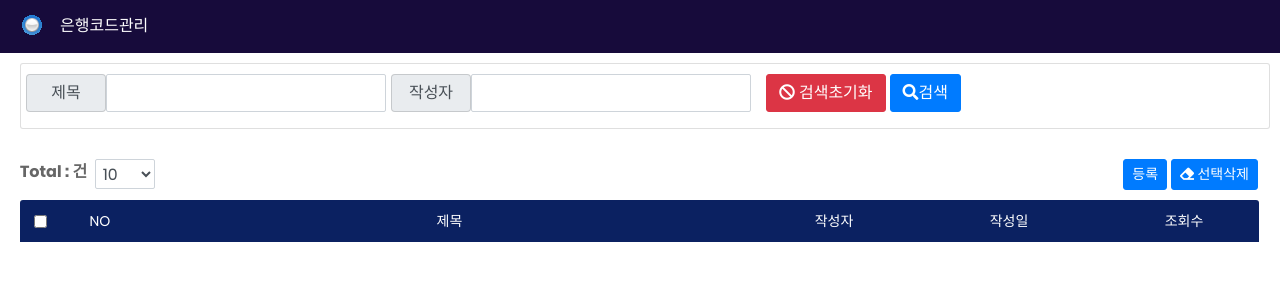
Repository: kimnamgu/GangNamGu
Page: http://localhost/manpower/WEB-INF/jsp/daejang/income.jsp
The author's editor kept a copy of each file at every save. The page is drawn from the files as they stood at one save, then again after the next save.
The browser window is 1280 px wide. The pictures show the whole page.
The page is served by Tomcat 9. Nobody is signed in. Other server files are loaded and not shown. The template is opened directly, without the code that normally fills it, so the values that code supplies are empty.

Above is the page before, as saved 2020-11-04 02:19:42.
Console error: TypeError: Cannot read properties of undefined (reading 'replace')

### manpower/src/main/webapp/WEB-INF/jsp/daejang/income.jsp
<%@ page language="java" contentType="text/html; charset=UTF-8"	pageEncoding="UTF-8"%>
<html>
<head>
<%@ include file="/WEB-INF/include/include-header.jspf"%>


<script type="text/javascript">
	var user_right = "${sessionScope.userinfo.userright}";

	$(document).ready(function() {

		//from
		$("#FROM_DATE").datepicker({

			dateFormat: 'yy-mm-dd',
			monthNamesShort: ['1월','2월','3월','4월','5월','6월','7월','8월','9월','10월','11월','12월'],
		    dayNamesMin: ['일','월','화','수','목','금','토'],
			changeMonth: true, //월변경가능
		    changeYear: true, //년변경가능
			showMonthAfterYear: true //년 뒤에 월 표시
		});

		//to
		$("#TO_DATE").datepicker({

			dateFormat: 'yy-mm-dd',
			monthNamesShort: ['1월','2월','3월','4월','5월','6월','7월','8월','9월','10월','11월','12월'],
		    dayNamesMin: ['일','월','화','수','목','금','토'],
			changeMonth: true, //월변경가능
		    changeYear: true, //년변경가능
			showMonthAfterYear: true //년 뒤에 월 표시
		});

		//검색초기화
		fn_initial_setting();

		fn_selectDomesticContactList(1);

		$("#NAME").keydown(function (key) {

			if(key.keyCode == 13){//키가 13이면 실행 (엔터는 13)
				$("#PAGE_INDEX").val("1");
				fn_selectDomesticContactList(1);
			}
		});

		$("#search").on("click", function(e){ //검색 버튼
			e.preventDefault();
			fn_selectDomesticContactList(1);
		});

		$("#DISP_CNT").change(function(){
			$("#RECORD_COUNT").val($("#DISP_CNT option:selected").val());
			fn_selectDomesticContactList(1);
		});

		$("#initial").on("click", function(e){ //초기화 버튼
			e.preventDefault();
			$("#form1").each(function() {
				fn_initial_setting();
		    });
		});

		//전체 선택시
		$('input[name=_selected_all_]').on('change', function(){
			$('input[name=_selected_]').prop('checked', this.checked);
		});


		$("#delete").on("click", function(e){ //초기화 버튼
			e.preventDefault();
			delChkRow();
		});


	});

	function fromDate_icon(){
		//from
		$("#FROM_DATE").focus();

	}

	function toDate_icon(){
		//to
		$("#TO_DATE").focus();
	}


	//선택 로우 삭제
    function delChkRow() {

    	var arr = $('input[name=_selected_]:checked').serializeArray().map(function(item) { return item.value });

		var checkedValue = [];
		$('input[name=_selected_]:checked').each(function(index, item){
			checkedValue.push($(item).val());
		});


		if (arr.length ==0 ) {
			alert("선택된 로우가 없습니다.");
			return false;
		}

		if (confirm("선택 항목을 삭제 하시겠습니까?")) {

			//견적서 파일 삭제

			$.ajax({
		        type: "post",
		        url : "/corona/manage/deleteDomesticChk.do",
		        data: {
		        	val:checkedValue
		        },
		        contentType : "application/x-www-form-urlencoded; charset=utf-8",

		        success:function (data) {//추천성공
		        	alert("삭제가 완료되었습니다.");
		        	fn_selectDomesticContactList(1);
	            },

		        error: function (data) {//추천실패
		        	alert("삭제가 실패 하였습니다.관리자에게 문의 바랍니다.");
	            }
	     	});

		}
	}

	//수정화면가기
	function fn_updateDomestic(UID) {
		var comSubmit = new ComSubmit();

		comSubmit.setUrl("<c:url value='/write/updateDomesticView.do' />");
		comSubmit.addParam("ID", UID);
		comSubmit.submit();
	}


	//검색초기화
	function fn_initial_setting(){
		//From의 초기값을 오늘 날짜로 설정
	    $('#FROM_DATE').datepicker('setDate', '-1M'); //(-1D:하루전, -1M:한달전, -1Y:일년전), (+1D:하루후, -1M:한달후, -1Y:일년후)
	    //To의 초기값을 내일로 설정
	    $('#TO_DATE').datepicker('setDate', 'today'); //(-1D:하루전, -1M:한달전, -1Y:일년전), (+1D:하루후, -1M:한달후, -1Y:일년후)

	    $("#RECORD_COUNT").val($("#DISP_CNT option:selected").val());
		$("#PAGE_INDEX").val("1");

		$("#NAME").val("");
	}


	function fn_selectDomesticContactList(pageNo){
		var comAjax = new ComAjax();
		comAjax.setUrl("<c:url value='/manage/selectDomesticContactList.do' />");
		comAjax.addParam("PAGE_INDEX",pageNo);
		comAjax.addParam("PAGE_ROW", $("#RECORD_COUNT").val());
		comAjax.addParam("name", $("#NAME").val());

		comAjax.addParam("from_date", $("#FROM_DATE").val().replace(/-/gi, ""));
		comAjax.addParam("to_date", $("#TO_DATE").val().replace(/-/gi, ""));
		comAjax.setCallback("fn_selectDomesticContactListCallback");

		comAjax.ajax();
	}


	function fn_selectDomesticContactListCallback(data){
		var total = data.total;
		var body = $("#mytable");
		var recordcnt = $("#RECORD_COUNT").val();


		$("#tcnt").text(comma(total));

		body.empty();
		if(total == 0){
			var str = "<tr>" +
				  "<td colspan='32' style='text-align:center;'>조회된 결과가 없습니다.</td>" +
				  "</tr>";
			body.append(str);
		}
		else{
			var params = {
				divId : "PAGE_NAVI",
				pageIndex : "PAGE_INDEX",
				totalCount : total,
				recordCount : recordcnt,
				eventName : "fn_selectDomesticContactList"
			};
			gfn_renderPaging(params);

			var str = "";
			var t_str = "";
			var tr_class = "";
			var jsonData = null;
			var jsonStr = null;

			$.each(data.list, function(key, value){
				       t_str = "";

				       if ((value.RNUM % 2) == 0 )
							tr_class = "tr1";
					   else
							tr_class = "tr2";


				       str += "<tr class='" + tr_class + "'>" +
				       			   "<td><input type='checkbox' name='_selected_' value='"+value.ID+"'></td>" +
								   "<td align='center' style='color:#444444;'>" + value.RNUM + "</td>" +
								   "<td width=90 align='center' style='color:#444444;word-break:break-all;'><span class='status--denied'>" + formatDate(NvlStr(value.WRITE_DATE), ".") + "</span></td>" +
								   "<td align='center' style='color:#444444;'>" + hp_format(NvlStr(value.CELL_NUM)) + "</td>" +
								   "<td align='center' style='color:blue;'>" +
								   "	<a href='javascript:void(0);' onclick='fn_updateDomestic("+ value.ID +")' name='NAME'>" + NvlStr(value.NAME) + "</a>"+
								   "</td>" +
								   "<td align='center' style='color:#444444;'>" + NvlStr(value.SEX) + "</td>" +
								   "<td align='center' style='color:#444444;'>" + NvlStr(value.BIRTH) + "</td>" +
								   "<td align='center' style='color:#444444;'>" + NvlStr(value.JOB) + "</td>" +
								   "<td align='center' style='color:#444444;'>" + NvlStr(value.SELF_ISO_AREA_DONG) + "</td>" +
								   "<td align='center' style='color:#444444;'>" + NvlStr(value.SELF_ISO_AREA_ADDRESS) + "</td>" +
								   "<td align='center' style='color:#444444;'>" + NvlStr(value.SELF_ISO_AREA_ADDRESS_DTL) + "</td>" +
								   "<td align='center' style='color:#444444;'>" + NvlStr(value.PATIENT_NUM) + "</td>" +
								   "<td align='center' style='color:#444444;'>" + NvlStr(value.PATIENT_NAME) + "</td>" +
								   "<td align='center' style='color:#444444;'>" + NvlStr(value.CONTACT_NUM) + "</td>" +
								   "<td align='center' style='color:#444444;'>" + NvlStr(value.CONTACT_NAME) + "</td>" +
								   "<td align='center' style='color:#444444;'>" + NvlStr(value.FINAL_CONTACT) + "</td>" +
								   "<td align='center' style='color:#444444;'>" + NvlStr(value.MONITOR_START) + "</td>" +
								   "<td align='center' style='color:#444444;'>" + NvlStr(value.MONITOR_END) + "</td>" +
								   "<td align='center' style='color:#444444;'>" + NvlStr(value.CONTACT_ADDRESS) + "</td>" +
								   "<td align='center' style='color:#444444;'>" + NvlStr(value.CONTACT_TYPE) + "</td>" +
								   "<td align='center' style='color:#444444;'>" + NvlStr(value.CONTACT_GUBUN) + "</td>" +
								   "<td align='center' style='color:#444444;'>" + NvlStr(value.PATIENT_YN) + "</td>" +
								   "<td align='center' style='color:#444444;'>" + NvlStr(value.BALGUB_YN) + "</td>" +
								   "<td align='center' style='color:#444444;'>" + NvlStr(value.DAMDANG_DEPART) + "</td>" +
								   "<td align='center' style='color:#444444;'>" + NvlStr(value.DAMDANG_CLASS) + "</td>" +
								   "<td align='center' style='color:#444444;'>" + NvlStr(value.DAMDANG_POSITION) + "</td>" +
								   "<td align='center' style='color:#444444;'>" + NvlStr(value.DAMDANG_NAME) + "</td>" +
								   "<td align='center' style='color:#444444;'>" + NvlStr(value.DAMDANG_CALL) + "</td>" +
							   "</tr>";

			});
			body.append(str);
		}
	}


	//엑셀 업로드
	function check() {
		var file = $("#excelFile").val();

		if (file == "" || file == null) {
			alert("파일을 선택해주세요.");
			return false;
		} else if (!checkFileType(file)) {
			alert("엑셀 파일만 업로드 가능합니다.");
			return false;
		}

		if (confirm("업로드시 병합된 셀이 있으면 해제해 주셔야 합니다.\n업로드 하시겠습니까?")) {

			var options = {
				success : function(data) {
					if(data.resultMap.rtn == 1){
						alert("모든 데이터가 업로드 되었습니다.");
						fn_selectDomesticContactList(1);
					}else{
						alert(data.resultMap.err_msg+"\n\n" + data.resultMap.err_msg_dtl);
					}

				},
				type : "POST"
			};

			$("#excelUploadForm").ajaxSubmit(options);

		}
	}

	//엑셀 형식인지 확인
	function checkFileType(filePath) {
		var fileFormat = filePath.split(".");

		if (fileFormat.indexOf("xls") > -1 || fileFormat.indexOf("xlsx") > -1) {
			return true;
		} else {
			return false;
		}
	}

	//샘플다운로드
	function fn_sampleDownload(gubun){
		var comSubmit = new ComSubmit();
		comSubmit.setUrl("<c:url value='/common/downloadSampleFile.do' />");
		comSubmit.addParam("gubun", gubun);
		comSubmit.submit();
	}

	//엑셀 다운로드
	function doExcelDownloadProcess(mappingValue){
		alert("다운로드 되는 엑셀은 조회조건에 영향을 받습니다.");

		$("input[name=name]", "form[name=excelDown]").val($("#NAME").val());
		$("input[name=from_date]", "form[name=excelDown]").val($("#FROM_DATE").val().replace(/-/gi, ""));
		$("input[name=to_date]", "form[name=excelDown]").val($("#TO_DATE").val().replace(/-/gi, ""));

	    var f = document.excelDown;
	    f.action = mappingValue;
	    f.submit();
	}
</script>
</head>

<body>

<form id="form1" name="form1">
<input type="hidden" id="USER_ID" name="USER_ID" value="${sessionScope.userinfo.userId}">
<c:set var="u_rt" value="${sessionScope.userinfo.userright}"/>


<div style="background-color:#170B3B;color:white; margin-bottom:10px; width: 100%;">
	<a href="#this" class="btn" id="logout">
		<img src="/manpower/images/popup_title.gif" align="absmiddle">
	</a>은행코드관리
</div>



<div style="width:100%;padding-left:20px;padding-right:10px;">
	<div class="card" style="width:100%;display: inline-block;padding-top:10px;">
		<form action="" method="post">
			<div class="card-body card-block">
				<div>
					<div class="form-group" style="width: 360;float:left;margin-left:5px;">
						<div class="input-group">
							<div class="input-group-addon" style="width: 80px;">제목</div>
							<input type="text" id="NAME" name="NAME" value="" class="form-control">
						</div>
					</div>

					<div class="form-group" style="width: 360;float:left;margin-left:5px;">
						<div class="input-group">
							<div class="input-group-addon" style="width: 80px;">작성자</div>
							<input type="text" id="NAME" name="NAME" value="" class="form-control">
						</div>
					</div>
				</div>
			</div>
			<div class="form-actions form-group">
				<div style="float: left;margin-left:15px;">
					<a href="#this" class="btn btn-danger" id="initial"><i class="fa fa-ban"></i> 검색초기화</a>
					<a href="#this" class="btn btn-primary" id="search"><i class="fa fa-search"></i>검색</a>
				</div>
			</div>
		</form>
	</div>
</div>

	<div style="float: left;margin-left:20px;">
		<div style="float: left;">
			<b>Total : <span id="tcnt"></span> 건</b> &nbsp;
		</div>
		<div style="float: left;">
			<select id="DISP_CNT" name="DISP_CNT" class="form-control" style="width:60px!important;height:30px;padding:3px;">
	           	<option value="10">10</option>
	           	<option value="20">20</option>
				<option value="50">50</option>
			</select>
		</div>
	</div>

</form>

<div class="contents" style="float:right;margin-right:22px;margin-bottom:10px;">
	<a href="/corona/write/domesticWrite.do" class="btn btn-primary btn-sm" id="insert">등록</a>
	<a href="#this" class="btn btn-primary btn-sm" id="delete"><i class="fa fa-eraser"></i> 선택삭제</a>
</div>
<div align="left" style="width:100%;padding-right:20px;">
	<div  style="margin-left:20px;" align="center">
		<div class="table-responsive m-b-40">
			 <table class="table table-borderless table-data3" id="selectable">
			     <thead style="background-color:#0B2161;">
			        <tr align="center">
			        		<th style="width: 40px;"><input type="checkbox" name="_selected_all_"></th>
							<th style="width: 80px;">NO</th>
							<th>제목</th>
							<th style="width: 150px;">작성자</th>
							<th style="width: 200px;">작성일</th>
							<th style="width: 150px;">조회수</th>
						</tr>
			      </thead>
			      <tbody id='mytable'>
			      </tbody>
		      </table>
	      </div>
	</div>

	<div id="PAGE_NAVI" align='center'></div>
	<input type="hidden" id="PAGE_INDEX" name="PAGE_INDEX"/>
	<input type="hidden" id="RECORD_COUNT" name="RECORD_COUNT" value="20"/>

</div>

	<%@ include file="/WEB-INF/include/include-body.jspf" %>




</body>
</html>

### manpower/src/main/webapp/WEB-INF/include/include-header.jspf
<%@ taglib prefix="c" uri="http://java.sun.com/jsp/jstl/core" %>
<%@ taglib prefix="fn" uri="http://java.sun.com/jsp/jstl/functions" %>
<%@ taglib prefix="fmt" uri="http://java.sun.com/jsp/jstl/fmt" %>
<!--
<link rel="stylesheet" type="text/css" href="/manpower/css/common.css" />
<link rel="stylesheet" type="text/css" href="/manpower/css/skin01.css" />
<link rel="stylesheet" type="text/css" href="/manpower/css/import.css" />
<link rel="stylesheet" type="text/css" href="/manpower/css/manpower.css" />
 -->



<!-- Fontfaces CSS-->
<link href="/manpower/bootstrap/css/font-face.css" rel="stylesheet" media="all">
<link href="/manpower/bootstrap/vendor/font-awesome-4.7/css/font-awesome.min.css" rel="stylesheet" media="all">
<link href="/manpower/bootstrap/vendor/font-awesome-5/css/fontawesome-all.min.css" rel="stylesheet" media="all">
<link href="/manpower/bootstrap/vendor/mdi-font/css/material-design-iconic-font.min.css" rel="stylesheet" media="all">

<!-- Bootstrap CSS-->
<link href="/manpower/bootstrap/vendor/bootstrap-4.1/bootstrap.min.css" rel="stylesheet" media="all">

<!-- Vendor CSS-->
<link href="/manpower/bootstrap/vendor/animsition/animsition.min.css" rel="stylesheet" media="all">
<link href="/manpower/bootstrap/vendor/bootstrap-progressbar/bootstrap-progressbar-3.3.4.min.css" rel="stylesheet" media="all">
<link href="/manpower/bootstrap/vendor/wow/animate.css" rel="stylesheet" media="all">
<link href="/manpower/bootstrap/vendor/css-hamburgers/hamburgers.min.css" rel="stylesheet" media="all">
<link href="/manpower/bootstrap/vendor/slick/slick.css" rel="stylesheet" media="all">
<link href="/manpower/bootstrap/vendor/select2/select2.min.css" rel="stylesheet" media="all">
<link href="/manpower/bootstrap/vendor/perfect-scrollbar/perfect-scrollbar.css" rel="stylesheet" media="all">

<!-- Main CSS-->
<link href="/manpower/bootstrap/css/theme.css" rel="stylesheet" media="all">




<!-- Jquery JS-->
<script src="/manpower/bootstrap/vendor/jquery-3.2.1.min.js"></script>
<!-- Bootstrap JS-->
<script src="/manpower/bootstrap/vendor/bootstrap-4.1/popper.min.js"></script>
<script src="/manpower/bootstrap/vendor/bootstrap-4.1/bootstrap.min.js"></script>
<!-- Vendor JS       -->
<script src="/manpower/bootstrap/vendor/slick/slick.min.js">
</script>
<script src="/manpower/bootstrap/vendor/wow/wow.min.js"></script>
<script src="/manpower/bootstrap/vendor/animsition/animsition.min.js"></script>
<script src="/manpower/bootstrap/vendor/bootstrap-progressbar/bootstrap-progressbar.min.js">
</script>
<script src="/manpower/bootstrap/vendor/counter-up/jquery.waypoints.min.js"></script>
<script src="/manpower/bootstrap/vendor/counter-up/jquery.counterup.min.js">
</script>
<script src="/manpower/bootstrap/vendor/circle-progress/circle-progress.min.js"></script>
<script src="/manpower/bootstrap/vendor/perfect-scrollbar/perfect-scrollbar.js"></script>
<script src="/manpower/bootstrap/vendor/chartjs/Chart.bundle.min.js"></script>
<script src="/manpower/bootstrap/vendor/select2/select2.min.js">
</script>

<!-- Main JS-->
<script src="/manpower/bootstrap/js/main.js"></script>

<!-- jQuery -->
<link rel="stylesheet" type="text/css" href="/manpower/css/jquery-ui.css" />
<!-- <script src="http://code.jquery.com/jquery.min.js"></script>-->
<script type="text/javascript" src="<c:url value='/js/jquery.min.js'/>"></script>
<script type="text/javascript" src="<c:url value='/js/jquery-ui.js'/>"></script>
<script type="text/javascript" src="<c:url value='/js/jquery.cookie.js'/>"></script>
<script type="text/javascript" src="<c:url value='/js/jquery.form.js'/>"></script>
<script src="<c:url value='/js/common.js'/>" charset="utf-8"></script>

### manpower/src/main/webapp/WEB-INF/include/include-body.jspf
<%@ page pageEncoding="utf-8"%>
<form id="commonForm" name="commonForm"></form>

Loaded but not shown: manpower/src/main/webapp/bootstrap/css/theme.css (library); manpower/src/main/webapp/css/jquery-ui.css (library); manpower/src/main/webapp/js/jquery.min.js (library); manpower/src/main/webapp/js/jquery-ui.js (library); manpower/src/main/webapp/js/jquery.cookie.js (library); manpower/src/main/webapp/js/jquery.form.js (library); manpower/src/main/webapp/bootstrap/js/main.js (1670 lines, source omitted); manpower/src/main/webapp/js/common.js (515 lines, source omitted); manpower/src/main/webapp/bootstrap/css/font-face.css (234 lines, source omitted)

After the next save:
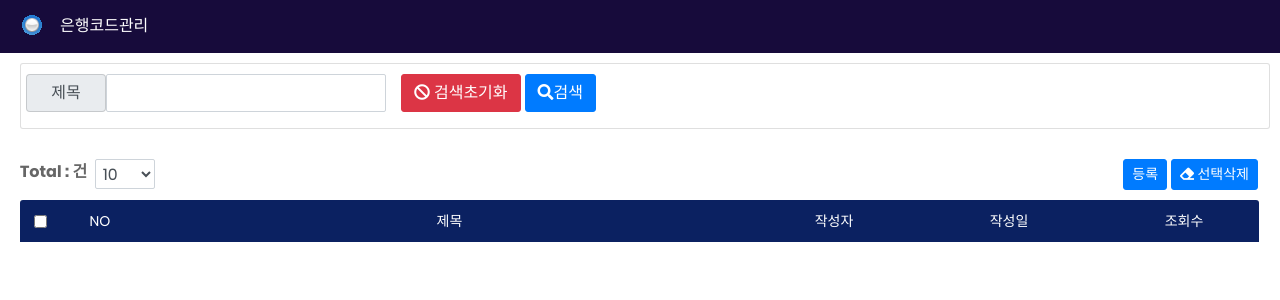
Saved 57 s later.
--- a/manpower/src/main/webapp/WEB-INF/jsp/daejang/income.jsp
+++ b/manpower/src/main/webapp/WEB-INF/jsp/daejang/income.jsp
@@ -339,12 +339,6 @@
 						</div>
 					</div>
 
-					<div class="form-group" style="width: 360;float:left;margin-left:5px;">
-						<div class="input-group">
-							<div class="input-group-addon" style="width: 80px;">작성자</div>
-							<input type="text" id="NAME" name="NAME" value="" class="form-control">
-						</div>
-					</div>
 				</div>
 			</div>
 			<div class="form-actions form-group">
